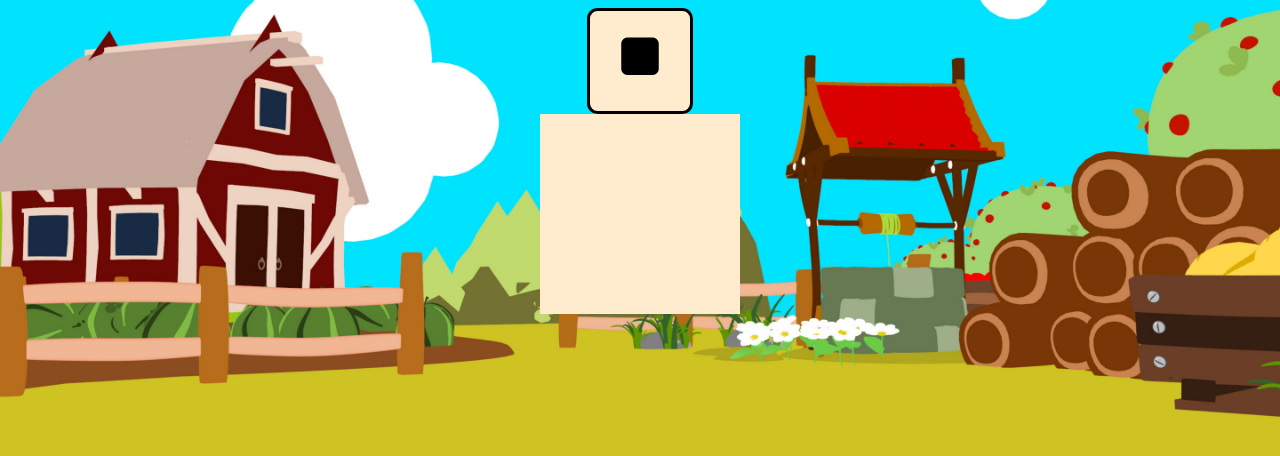
Repository: rumor1993/DreamCoding-Browser101
Page: Chapter07/index.html
An editor plug-in stored every save of this project. The page is shown before and after the next save, followed by the edit.
The browser window is 1280 px wide. The pictures show the whole page.
Some web libraries are served in a nearby version.

Above is the page before, as saved 2021-01-01 13:38:39.

### Chapter07/index.html
<!DOCTYPE html>
<html lang="en">
  <head>
    <meta charset="UTF-8" />
    <meta name="viewport" content="width=device-width, initial-scale=1.0" />
    <title>Document</title>
    <style>
      body {
        background-repeat: no-repeat;
        background-size: cover;
        background-image: url("carrot/img/background.png");
      }

      .stop {
        position: relative;
        background-color: blanchedalmond;
        width: 100px;
        height: 100px;
        font-size: 50px;
        margin: auto;
        text-align: center;
        border: 3px solid black;
        border-radius: 10%;
      }

      .stop i {
        margin-top: 20%;
      }

      .timer {
        position: relative;
        width: 200px;
        height: 200px;
        margin: auto;
        background-color: blanchedalmond;
      }
    </style>
    <script src="https://kit.fontawesome.com/86c035f01d.js" crossorigin="anonymous"></script>
  </head>
  <body>
    <div class="stop">
      <i class="fas fa-stop"></i>
    </div>
    <div class="timer"></div>
    <div class="carrot-count"></div>
    <div class="carrot"></div>
    <div class="bug"></div>
  </body>
</html>

After the next save:
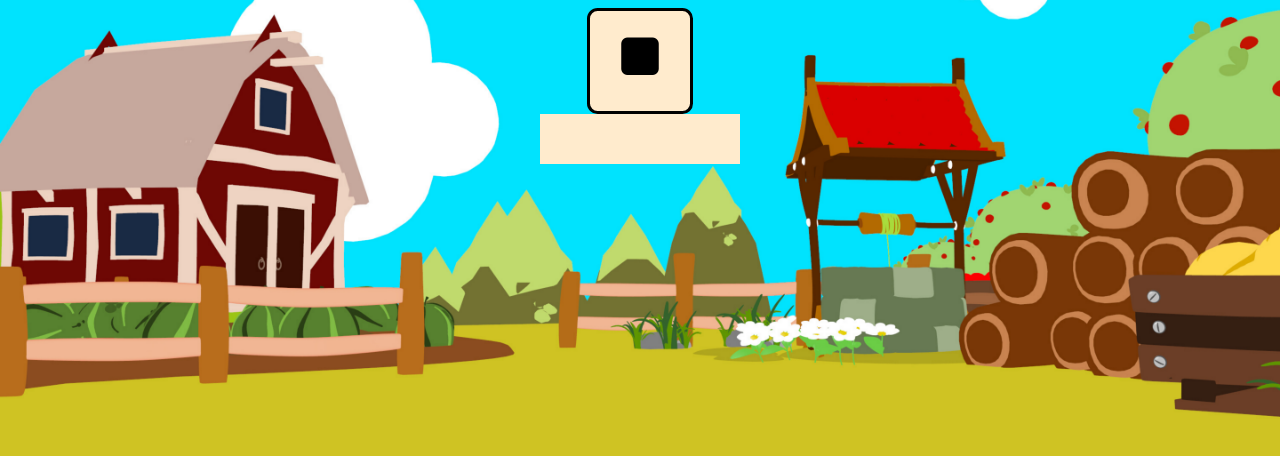
Saved 10 s later.
--- a/Chapter07/index.html
+++ b/Chapter07/index.html
@@ -30,7 +30,7 @@
       .timer {
         position: relative;
         width: 200px;
-        height: 200px;
+        height: 50px;
         margin: auto;
         background-color: blanchedalmond;
       }
